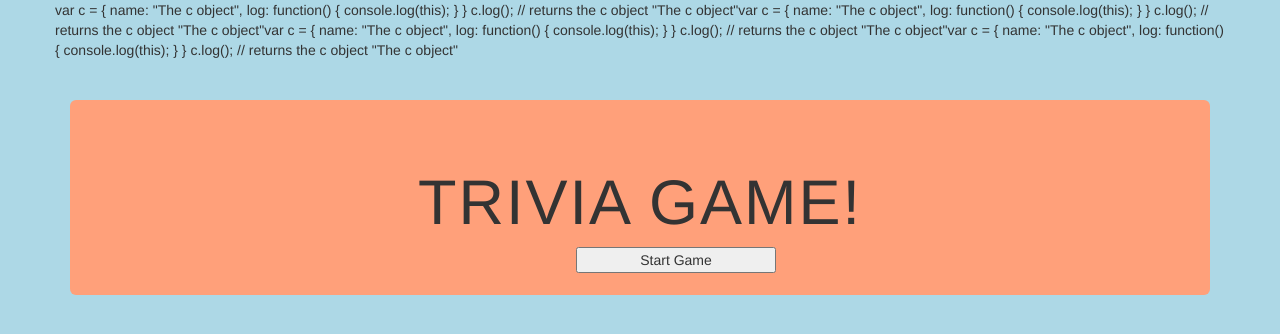
Repository: phiniezyc/TriviaGame
Page: index.html
An editor plug-in stored every save of this project. The page is shown before and after the next save, followed by the edit.
The browser window is 1280 px wide. The pictures show the whole page.
Some web libraries are served in a nearby version.

Above is the page before, as saved 2017-09-14 00:31:48.

After the next save:
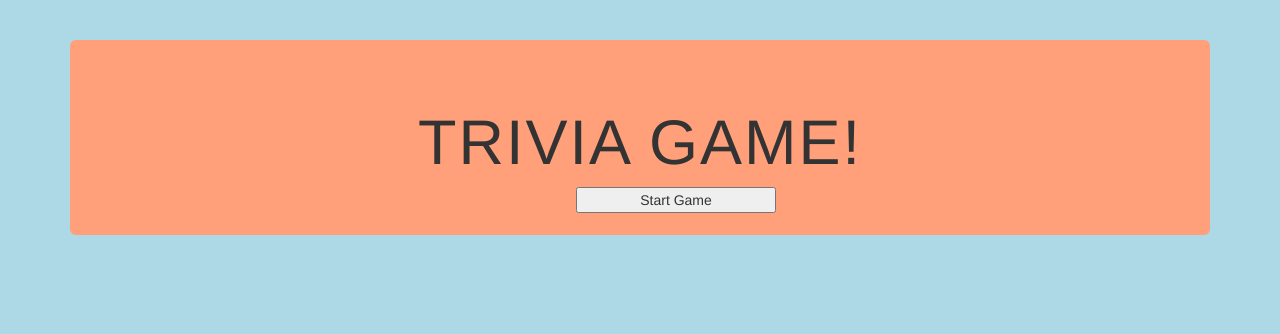
Saved 21 s later.
--- a/index.html
+++ b/index.html
@@ -12,31 +12,7 @@
 
 <div class="container">
 <div class="row">
-    var c = {
-        name: "The c object",
-         log: function() {
-             console.log(this);
-         }
-     }
-     c.log();    // returns the c object "The c object"var c = {
-        name: "The c object",
-         log: function() {
-             console.log(this);
-         }
-     }
-     c.log();    // returns the c object "The c object"var c = {
-        name: "The c object",
-         log: function() {
-             console.log(this);
-         }
-     }
-     c.log();    // returns the c object "The c object"var c = {
-        name: "The c object",
-         log: function() {
-             console.log(this);
-         }
-     }
-     c.log();    // returns the c object "The c object"
+
 </div>
 </div>
 <div class="container">
